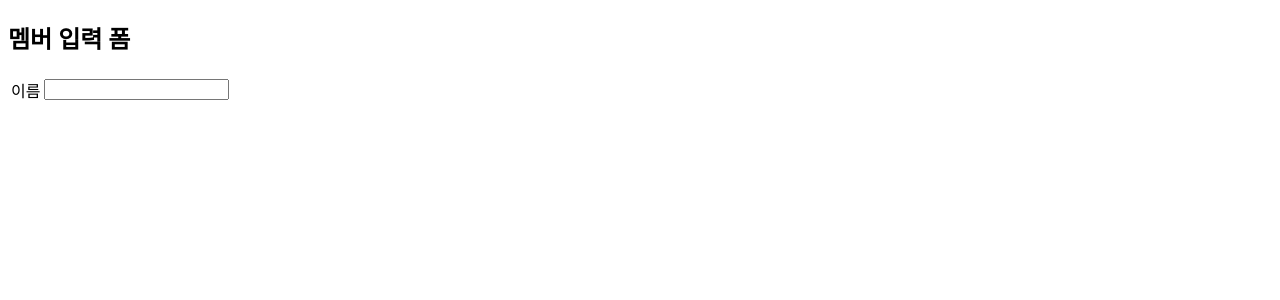
Repository: y0y00700/Jsp_study
Page: http://localhost/web-Practice/javaBean/addMember.jsp
An editor plug-in stored every save of this project. The page is shown before and after the next save, followed by the edit.
The browser window is 1280 px wide. The pictures show the whole page.
The page is served by Tomcat 9.

Above is the page before, as saved 2024-09-22 11:31:42.

After the next save:
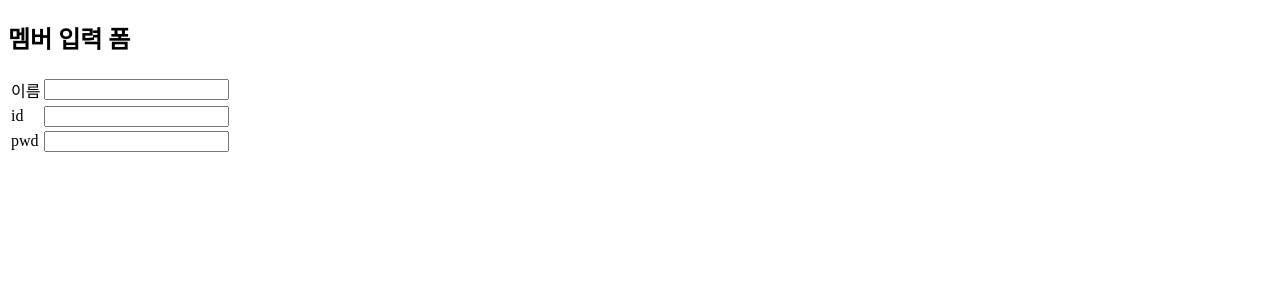
Saved 37 s later.
--- a/jsp_workspace/web-Practice/src/main/webapp/javaBean/addMember.jsp
+++ b/jsp_workspace/web-Practice/src/main/webapp/javaBean/addMember.jsp
@@ -14,6 +14,14 @@
 				<td> 이름 </td>
 				<td> <input type="text" name="name" size="20"></td>
 			</tr>
+			<tr>
+				<td> id </td>
+				<td> <input type="text" name="id" size="20"></td>
+			</tr>
+			<tr>
+				<td> pwd </td>
+				<td> <input type="text" name="pwd" size="20"></td>
+			</tr>
 		</table>
 	</form>
 </body>
